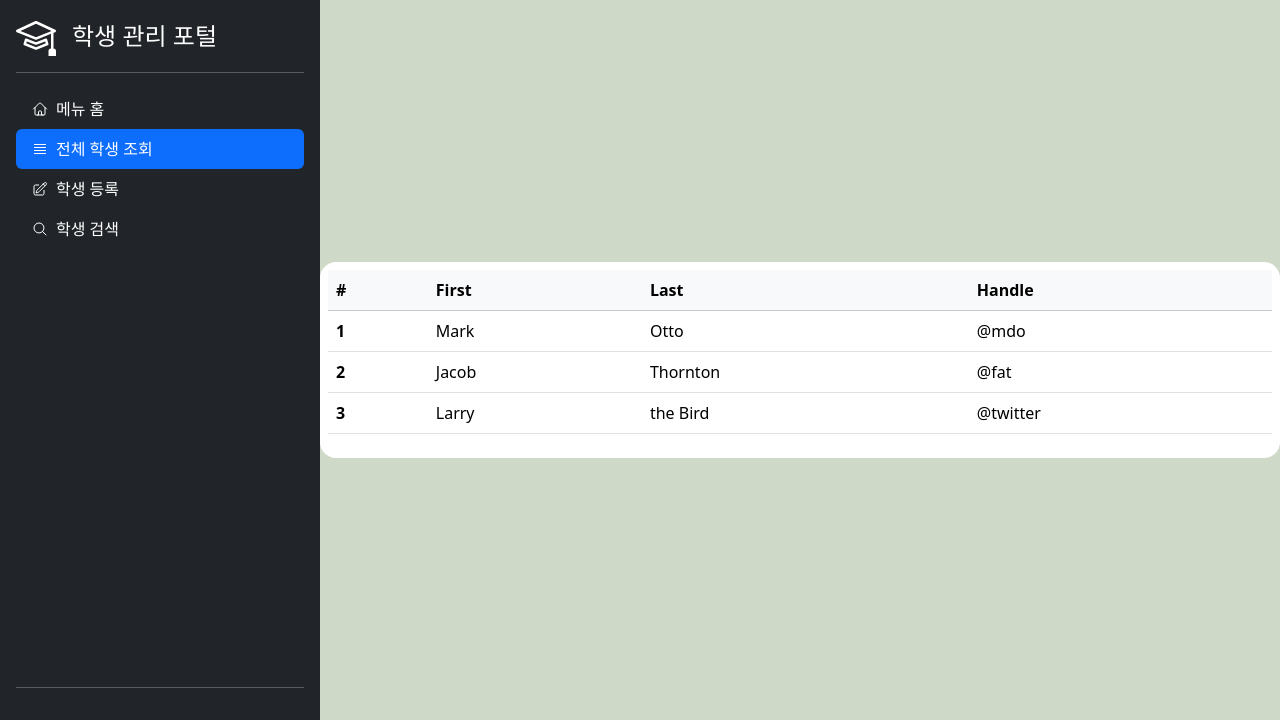
Repository: invisibleufo101/StudentManagementWeb
Page: HSW_Web/src/main/webapp/browse_students.html
These files come from the project's save history. The page is drawn as it stood at one moment and after the next save; the edit follows.
The browser window is 1280 px wide. The pictures show the whole page.

Above is the page before, as saved 2024-09-19 12:17:24.

After the next save:
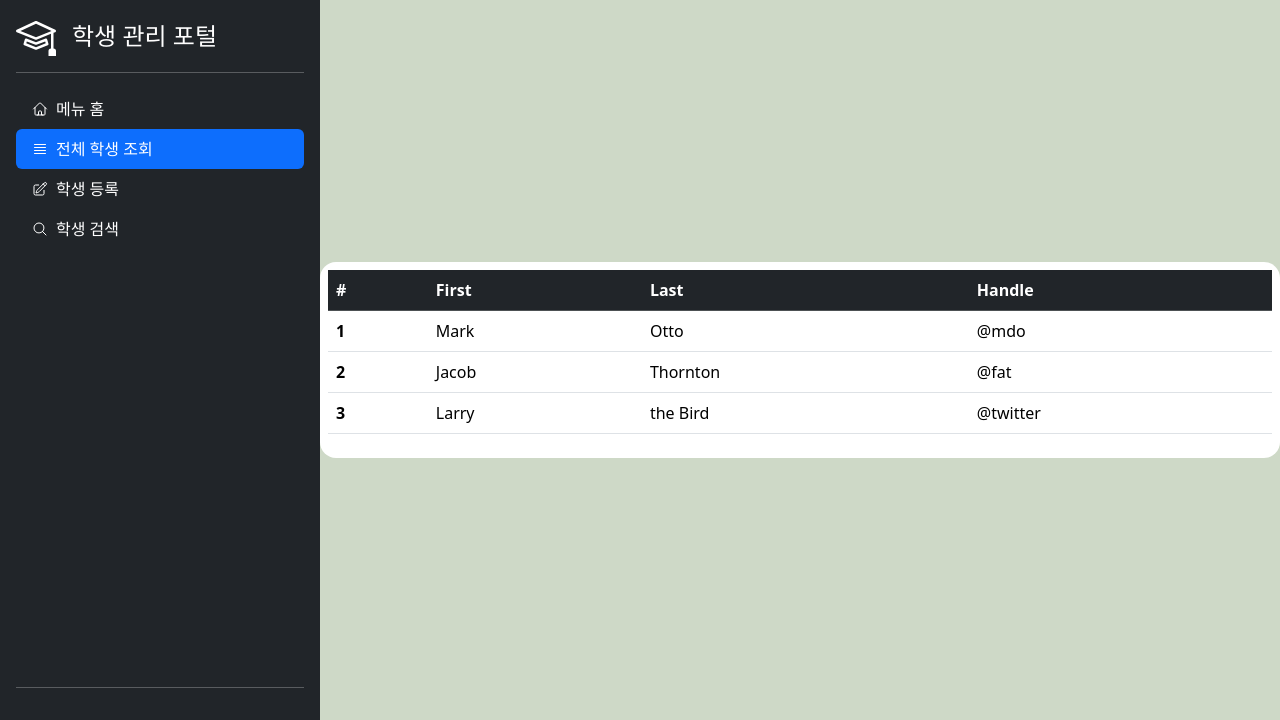
Saved 19 s later.
--- a/HSW_Web/src/main/webapp/browse_students.html
+++ b/HSW_Web/src/main/webapp/browse_students.html
@@ -68,7 +68,7 @@
 		<section class="d-flex justify-content-center align-items-center" style="width: 75vw; height: auto; background-color: #ced9c7;">
 			<div class="container p-2 bg-white rounded-4">
 				<table class="table">
-					<thead class="table-light">
+					<thead class="table-dark">
 						<tr>
 							<th scope="col">#</th>
 							<th scope="col">First</th>
